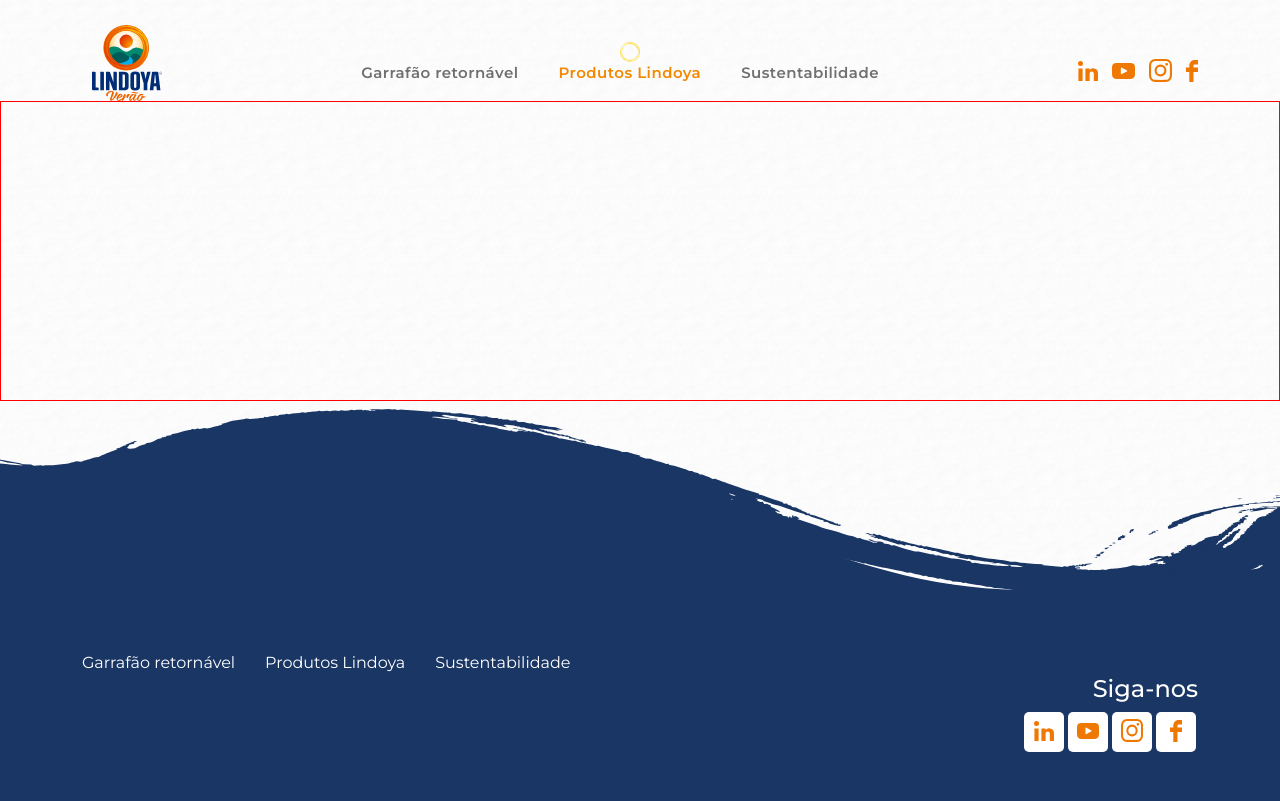
Repository: ItamarLourenco/lindoya-catalogo
Page: index.html
These files come from the project's save history. The page is drawn as it stood at one moment and after a run of saves; the edit follows.
The browser window is 1280 px wide. The pictures show the whole page.

Above is the page before, as saved 2023-02-08 19:45:02.

After the next 2 saves:
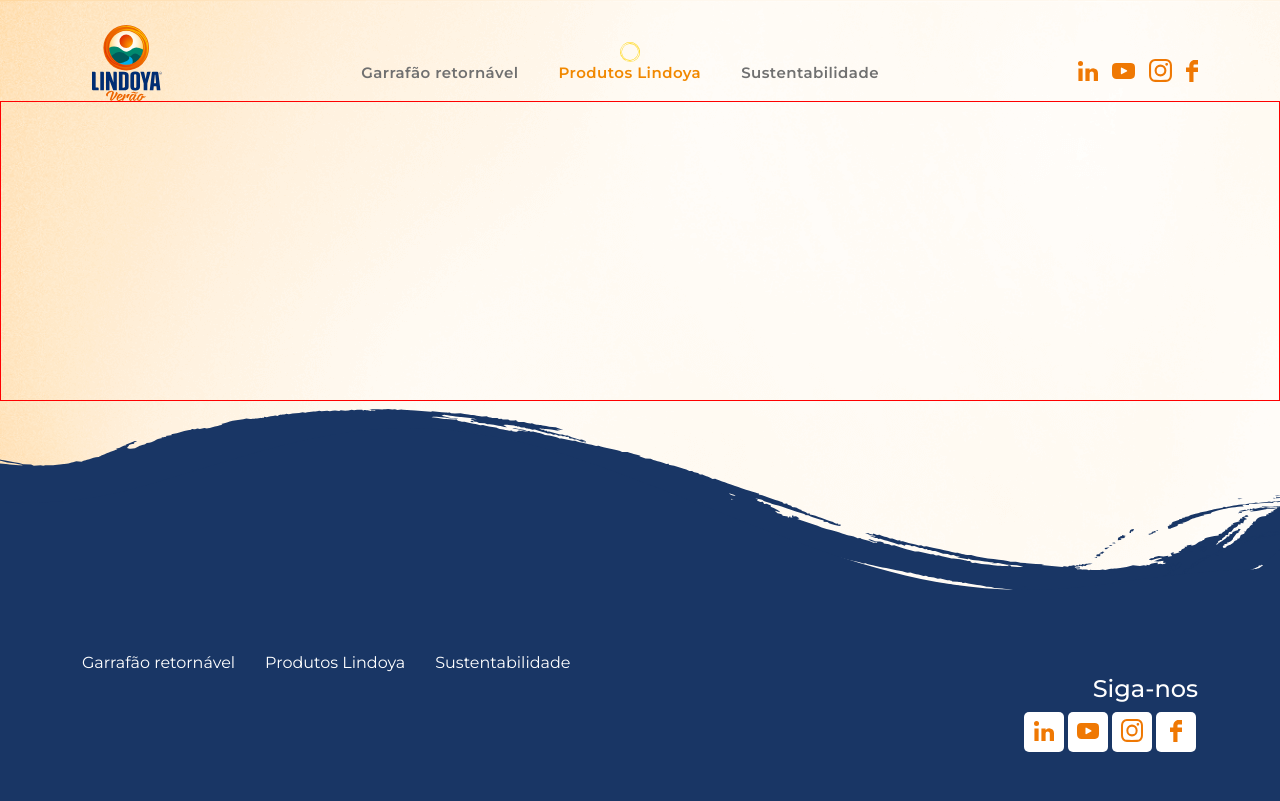
The 2 saves are shown as one change because they came seconds apart.
The last was saved 13 s later.
--- a/css/lindoya.css
+++ b/css/lindoya.css
@@ -8,7 +8,7 @@
   padding:0;
 }
 body{
-  background-image: url('../assets/images/background_top.png');
+  background-image: url('../assets/images/hero-bg-2.png');
 }
 .nav{
   padding-top: 25px;
